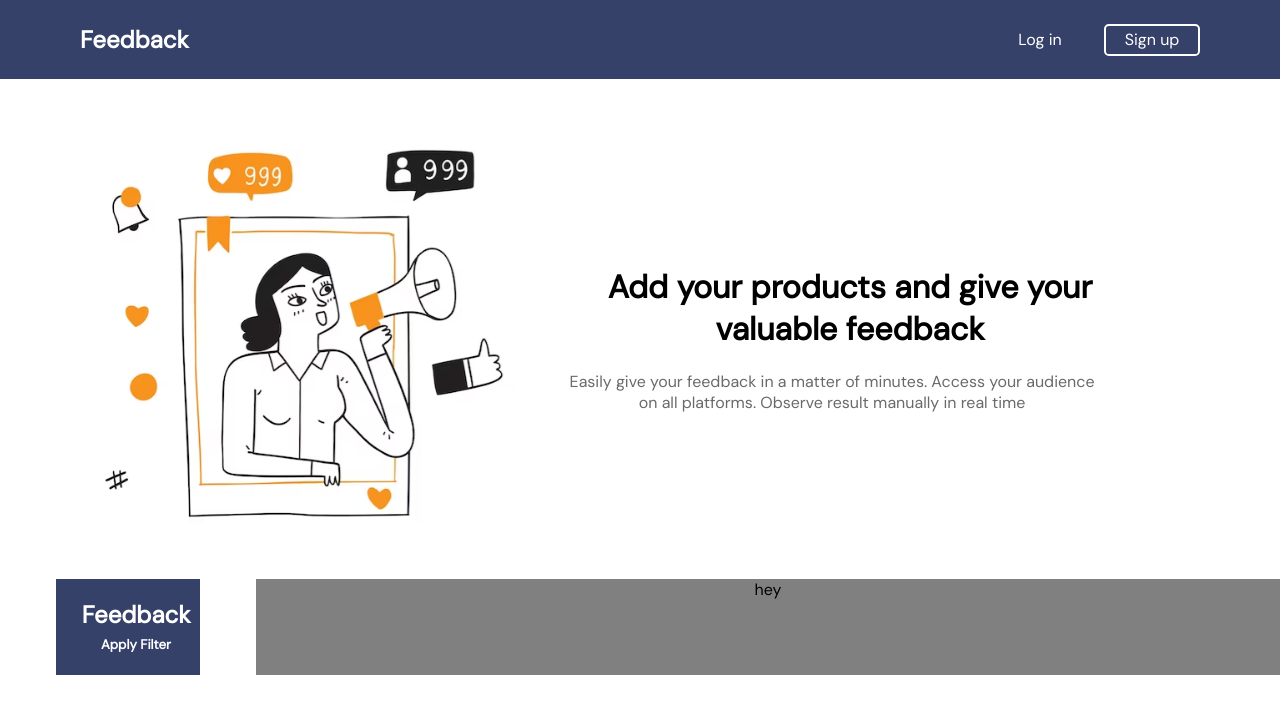
Repository: drumsmanku/final-evaluation-test
Page: / (app in client/)
The author's editor kept a copy of each file at every save. The page is drawn from the files as they stood at one save, then again after the next save.
The browser window is 1280 px wide. The pictures show the whole page.
The page's requests for data from a server got no answer. The project was rebuilt for these pictures with package versions that can differ from the ones it lists, and the page was loaded fresh each time. No one was signed in, and anything a server would have sent is missing.

Above is the page before, as saved 2023-07-28 13:56:28.

### client/src/App.js
import './App.css';
import { BrowserRouter as Router, Route, Routes} from 'react-router-dom';
import MainPage from './Components/MainPage';
function App() {
  return (
    <div className="App">
      <Router>
        <Routes>
          <Route path='/' element={<MainPage/>}/>


        </Routes>
      </Router>
    </div>
  );
}

export default App;

### client/src/Components/MainPage.js
import React, {useState, useEffect} from 'react';
import '../CSS/MainPage.css';
import profile from'../Assets/profilepic.webp';
import img1 from '../Assets/frontphoto.png';
import axios from 'axios';

function MainPage() {
  const [categorySet, setCategorySet]=useState([])
  const [isLoggedIn, setIsLoggedIn]=useState(false);
  const [products, setProdcts]=useState([])
  useEffect(()=>{
    const User=localStorage.getItem('user');
    if(User){
      setIsLoggedIn(true);
    }

  }, []);
  const handleLogout=()=>{
    localStorage.removeItem('user');
    setIsLoggedIn(false);
  }
  const handleCategoryClick=(event)=>{
    const currentCat=event.target.value;
    if(!categorySet.includes(currentCat)){
      setCategorySet([...categorySet, event.target.value]);
    }
    else{
      setCategorySet(categorySet.filter(cat=>cat!=currentCat))
    }

  }

  useEffect(()=>{
    const category=categorySet
    axios.get(`http://localhost/4000/get-prods/category=${category.join(',')}`)
    .then((res)=>{setProdcts(res.data.products)})
    .catch(err=>console.log(err))

  }, [categorySet])

  return (
    <div className='main-container'>
      <div className="main-top-container">
        <div className='navbar' >
          <div style={{display:'flex',width:'100%', justifyContent:' space-between', alignItems:'center',}}>
          <h3 style={{marginLeft:'5rem', color:'white', fontSize:'1.5rem'}}>Feedback</h3>
          <div style={{display:'flex', marginRight:'5rem'}}>
              {isLoggedIn ? (
                <>
                  <button style={{background:'none', fontSize:'large', border:'none', fontFamily:'DM Sans', color:'white'}} onClick={handleLogout}>Logout</button>
                  <span style={{color:'white', fontFamily:'DM Sans', fontSize:'large', display:'flex', alignItems:'center', marginLeft:'1rem'}}>Hello!</span>
                  <img src={profile} alt="" height={50} width={50} style={{borderRadius:'100%', marginLeft:'1rem'}} />
                </>
              ) : (
                <>
                  <button className='btn-main-page-login' type='submit'  >Log in</button>
                  <button type='submit'  className='btn-main-page-register' >Sign up</button>
                </>
              )}
            </div>
          </div>
        </div>
        <div className="title-desc">
          <img src={img1} alt="" height={500} style={{marginLeft:'3rem'}}/>
          <div style={{display:'flex', flexDirection:'column', marginLeft:'2rem'}}>
              <h1 style={{maxWidth:'80%'}}> Add your products and give your valuable feedback</h1>
              <span style={{maxWidth:'75%', color:'#6A6A6A'}}>Easily give your feedback in a matter of minutes. Access your audience on all platforms. Observe result manually in real time</span>
          </div>
        </div>
      </div>
      <div className="main-bottom-container">
        <div className="bottom-left">
          <article style={{backgroundColor:'#36416A', width:'50%', color:'white',paddingLeft:'1rem'}}>
            <h2 style={{marginBottom:'0.4rem',}}>Feedback</h2>
            <h5 style={{marginTop:0}}>Apply Filter</h5>
          </article>
        </div>
        <div className="bottom-right">
          hey
        </div>
      </div>
    </div>
  )
}

export default MainPage

### client/src/CSS/MainPage.css
@import url('https://fonts.googleapis.com/css2?family=DM+Sans&display=swap');

body{
  font-family: 'DM Sans';
}
.main-container{
  height: 100vh;
  width: 100vw;
  display: flex;
  flex-direction: column;

}
.main-top-container{
  width: 100%;
}
.btn-main-page-login{
  height: 2rem;
  width: 6rem;
  font-weight: 500;
  font-size: medium ;
  background: none;
  border: none;
  border-radius: 0.3rem;
  margin-left: 1rem;
  margin-bottom:0;
  color: white;
  font-family: 'DM Sans';
  cursor: pointer;
}
.btn-main-page-register{
  height: 2rem;
  width: 6rem;
  font-size: medium;
  font-weight: 500;
  background-color: #36416A;
  border: 2px solid white;
  border-radius: 0.3rem;
  margin-left: 1rem;
  margin-bottom:0;
  color: white;
  font-family: 'DM Sans';
  cursor: pointer;
}
.navbar{
  width: 100%;
  background-color: #36416A;
}
.title-desc{
  width: 100%;
  display: flex;
  align-items: center;
  justify-content: space-around;

}
.bottom-left{
  width: 20%;
  display: flex;
  flex-direction: column;
  align-items: center;

}
.bottom-right{
  width: 80%;
  background-color: gray;
}
.main-bottom-container{
  width:100%;
  display: flex;
}

Loaded but not shown: client/public/index.html (common file); client/src/index.js (common file); client/src/index.css (common file); client/src/App.css (common file)

After the next save:
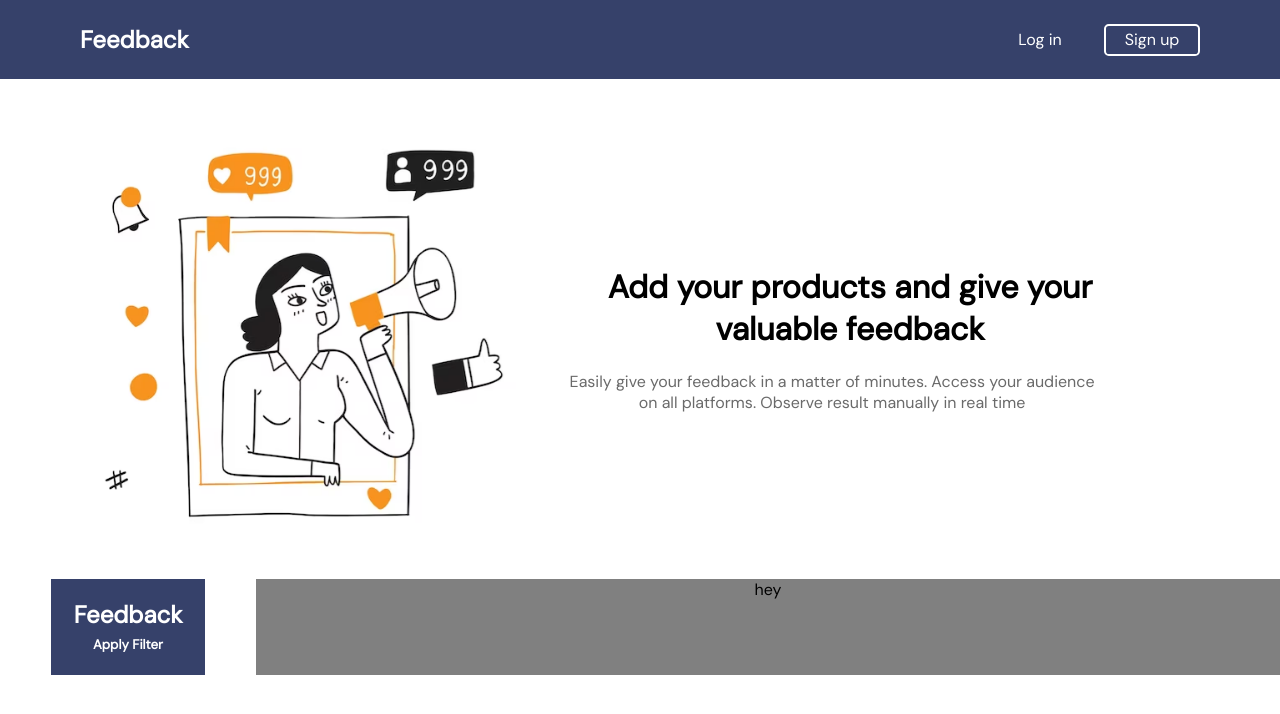
Saved 13 s later.
--- a/client/src/Components/MainPage.js
+++ b/client/src/Components/MainPage.js
@@ -70,7 +70,7 @@ function MainPage() {
       </div>
       <div className="main-bottom-container">
         <div className="bottom-left">
-          <article style={{backgroundColor:'#36416A', width:'50%', color:'white',paddingLeft:'1rem'}}>
+          <article style={{backgroundColor:'#36416A', width:'60%', color:'white',}}>
             <h2 style={{marginBottom:'0.4rem',}}>Feedback</h2>
             <h5 style={{marginTop:0}}>Apply Filter</h5>
           </article>
